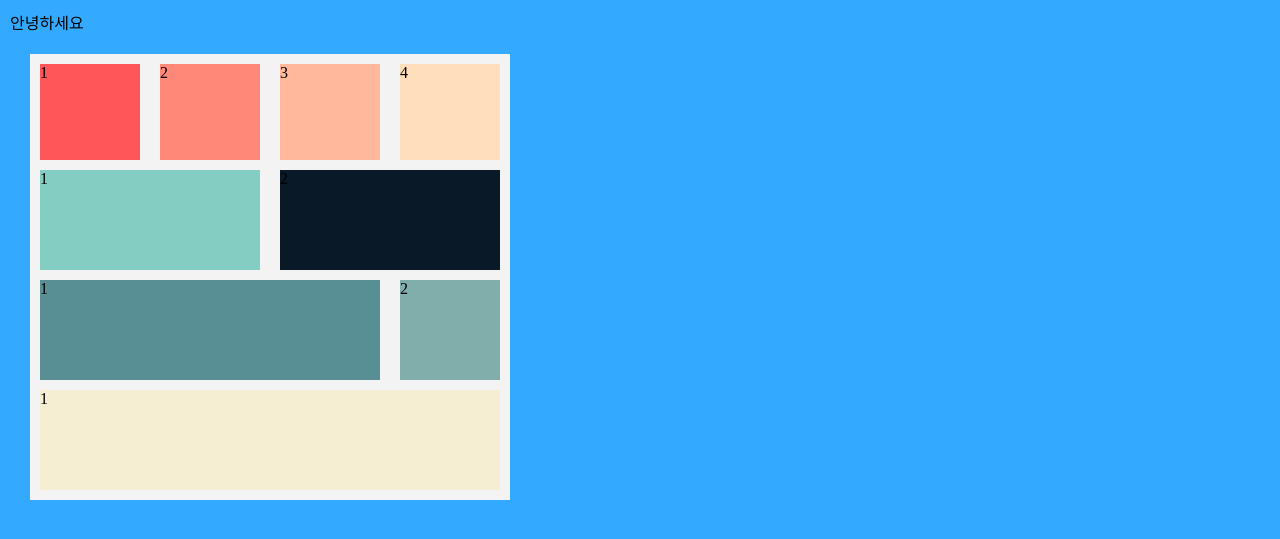
Repository: BaekJiGyeong/JSP_web
Page: http://localhost/Article/
An editor plug-in stored every save of this project. The page is shown before and after the next save, followed by the edit.
The browser window is 1280 px wide. The pictures show the whole page.
The page is served by Tomcat 9. Other server files are loaded and not shown.

Above is the page before, as saved 2016-03-03 10:38:39.

### Article/WebContent/index.jsp
<%@ page language="java" contentType="text/html; charset=UTF-8"
    pageEncoding="UTF-8"%>

<jsp:include page="./WEB-INF/view/common/project1.jsp"></jsp:include>

### Article/WebContent/WEB-INF/view/common/project1.jsp
<%@ page language="java" contentType="text/html; charset=UTF-8"
    pageEncoding="UTF-8"%>
<!DOCTYPE html>
<html>
<head>
<meta http-equiv="Content-Type" content="text/html; charset=UTF-8">
<link rel="stylesheet" type="text/css" href="/resource/css/project1.css"/>
<title>Insert title here</title>
</head>
<body>
안녕하세요
<div id= "wrapper">
	<div id="row1">

			<div id="row1col1">
			1
			</div>
			<div id="row1col2">
			2
			</div>
			<div id="row1col3">
			3
			</div>
			<div id="row1col4">
			4
			</div>
	</div>

	<div id="row2">

			<div id="row2col1">
			1
			</div>
			<div id="row2col2">
			2
			</div>

	</div>

	<div id="row3">

			<div id="row3col1">
			1
			</div>
			<div id="row3col2">
			2
			</div>

	</div>

	<div id="row4">
			<div id="row4col1">
			1
			</div>
	</div>


</div>


</body>
</html>

### Article/WebContent/resource/css/project1.css
@CHARSET "UTF-8";

body {
	background-color: #33AAFF;
	margin: 10px;
}
div {
	margin: 10px;
}
div#row1 {
	background-color: #f3f3f3;
	float: left;
}

div#row1col1 {
	background-color: #ff565a;
	width: 100px;
	height: 100px;
	float: left;
}
div#row1col2 {
	background-color: #ff8878;
	width: 100px;
	height: 100px;
	float: left;
}
div#row1col3 {
	background-color: #ffb89b;
	width: 100px;
	height: 100px;
	float: left;
}
div#row1col4 {
	background-color: #ffdebc;
	width: 100px;
	height: 100px;
	float: left;
}

div#row2 {
	 top: 150px;
	 background-color: #f3f3f3;
	 position: absolute;
}
div#row2col1 {
	background-color: #84cdc2;
	width: 220px;
	height: 100px;
	float: left;
}
div#row2col2 {
	background-color: #091928;
	width: 220px;
	height: 100px;
	float: left;
}

div#row3 {
	 top: 260px;
	 background-color: #f3f3f3;
	 position: absolute;
}
div#row3col1 {
	background-color: #588f94;
	width: 340px;
	height: 100px;
	float: left;
}
div#row3col2 {
	background-color: #7faeab;
	width: 100px;
	height: 100px;
	float: left;
}

div#row4 {
	 top: 370px;
	 background-color: #f3f3f3;
	 position: absolute;
}
div#row4col1 {
	background-color: #f5eed2;
	width: 460px;
	height: 100px;
	float: left;
}

After the next save:
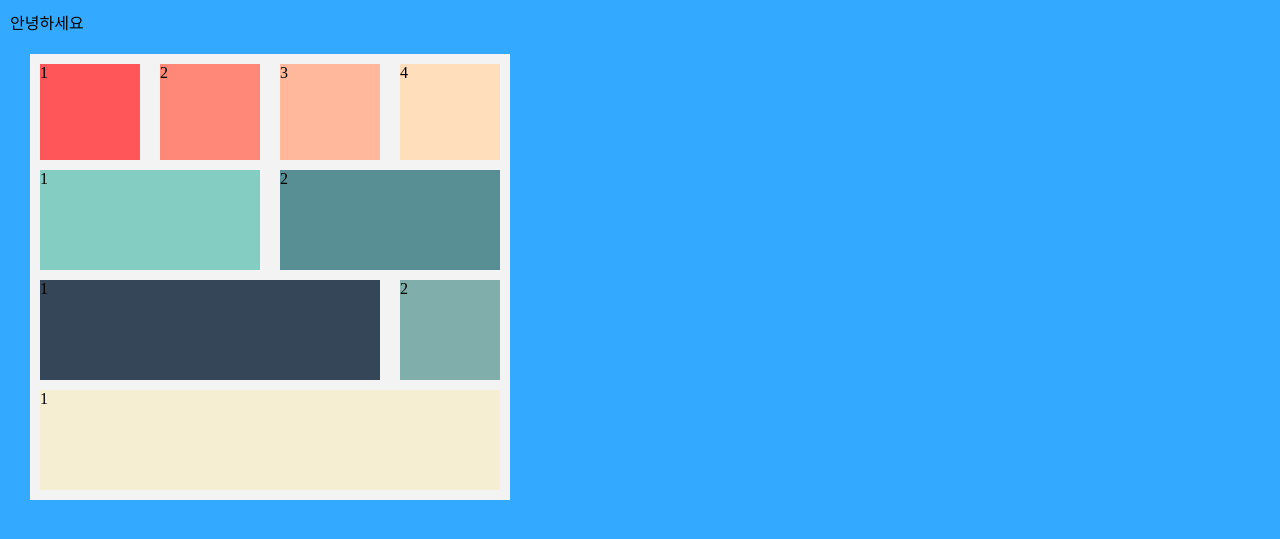
Saved 50 s later.
--- a/Article/WebContent/resource/css/project1.css
+++ b/Article/WebContent/resource/css/project1.css
@@ -49,7 +49,7 @@ div#row2col1 {
 	float: left;
 }
 div#row2col2 {
-	background-color: #091928;
+	background-color: #588f94;
 	width: 220px;
 	height: 100px;
 	float: left;
@@ -61,7 +61,7 @@ div#row3 {
 	 position: absolute;
 }
 div#row3col1 {
-	background-color: #588f94;
+	background-color: #364659;
 	width: 340px;
 	height: 100px;
 	float: left;
